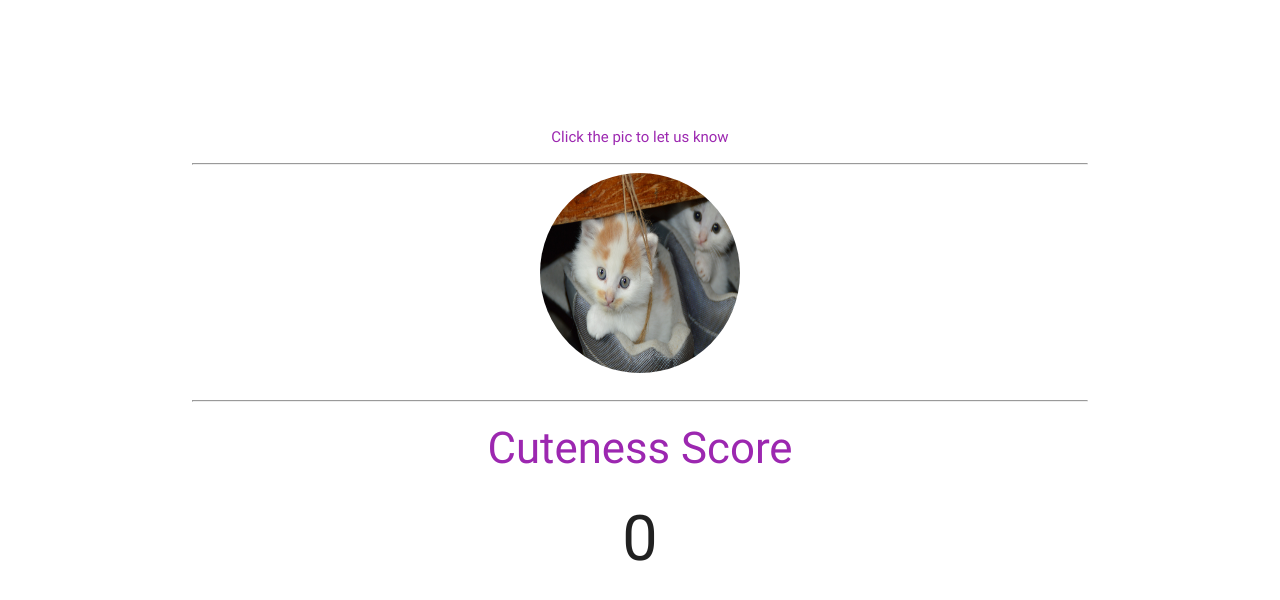
Repository: jaustinlam/cat-clicker
Page: main.html
The author's editor kept a record of every edit. The page is drawn from the files as they stood at one moment, then again after the next edit.
The browser window is 1280 px wide. The pictures show the whole page.

Above is the page before.

After the next edit:
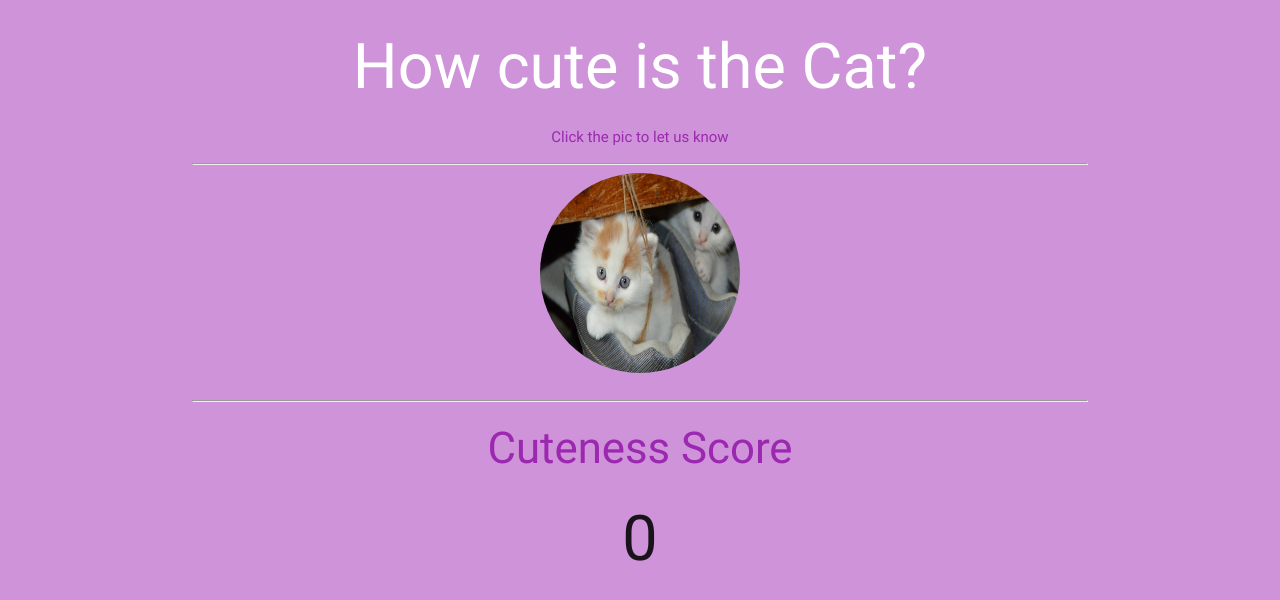
The edit:
--- a/css/styles.css
+++ b/css/styles.css
@@ -10,5 +10,5 @@
 }
 
 body{
-    background-color: white;
+    background-color: #ce93d8;
 }
